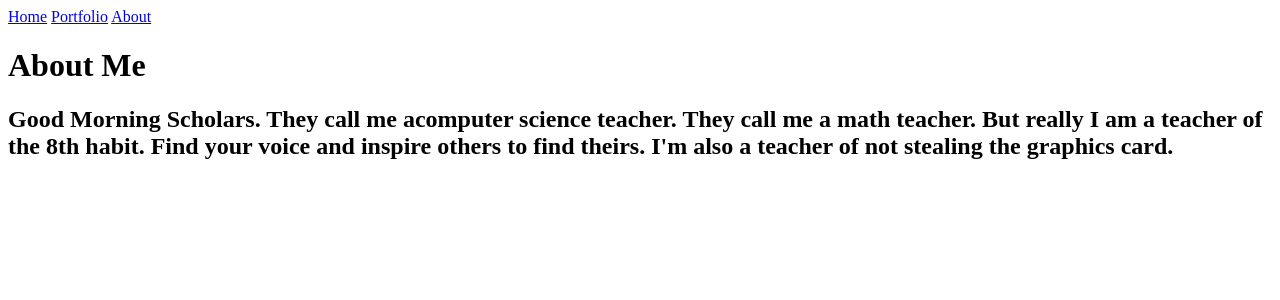
Repository: dbonilla2046/dbonilla.github.io
Page: my_website/about_me.html
The author's editor kept a record of every edit. The page is drawn from the files as they stood at one moment, then again after the next edit.
The browser window is 1280 px wide. The pictures show the whole page.

Above is the page before.

### my_website/about_me.html
<!doctype html>
	<html lang="en">
	  <head>
	    <meta charset="utf-8">
	    <title>Portfolio</title>
	  </head>
	  <body>
    <a href="index.html">Home</a>
    <a href="portfolio.html">Portfolio</a>
    <a href="about.html">About</a>


    <h1>About Me</h1>
    <h2> Good Morning Scholars. They call me acomputer science teacher. They call me a math teacher. But really I am a teacher of the 8th habit. Find your voice and inspire others to find theirs. I'm also a teacher of not stealing the graphics card.</h2>

After the next edit:
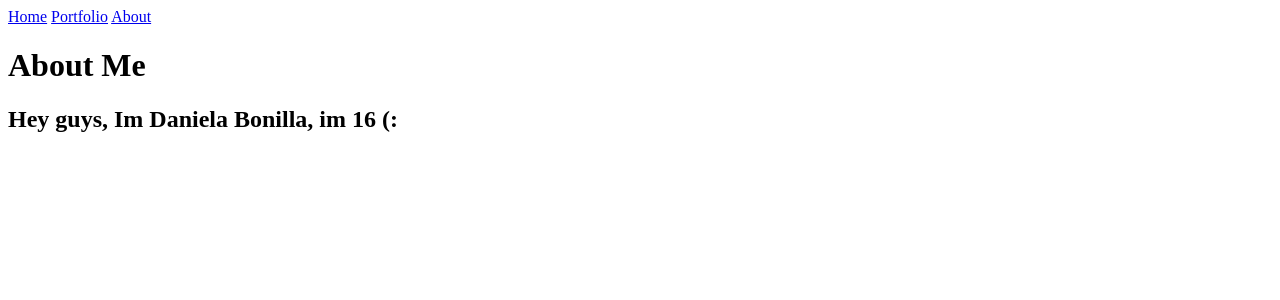
The edit:
--- a/my_website/about_me.html
+++ b/my_website/about_me.html
@@ -11,4 +11,4 @@
 
 
     <h1>About Me</h1>
-    <h2> Good Morning Scholars. They call me acomputer science teacher. They call me a math teacher. But really I am a teacher of the 8th habit. Find your voice and inspire others to find theirs. I'm also a teacher of not stealing the graphics card.</h2>
+    <h2> Hey guys, Im Daniela Bonilla, im 16 (: </h2>
